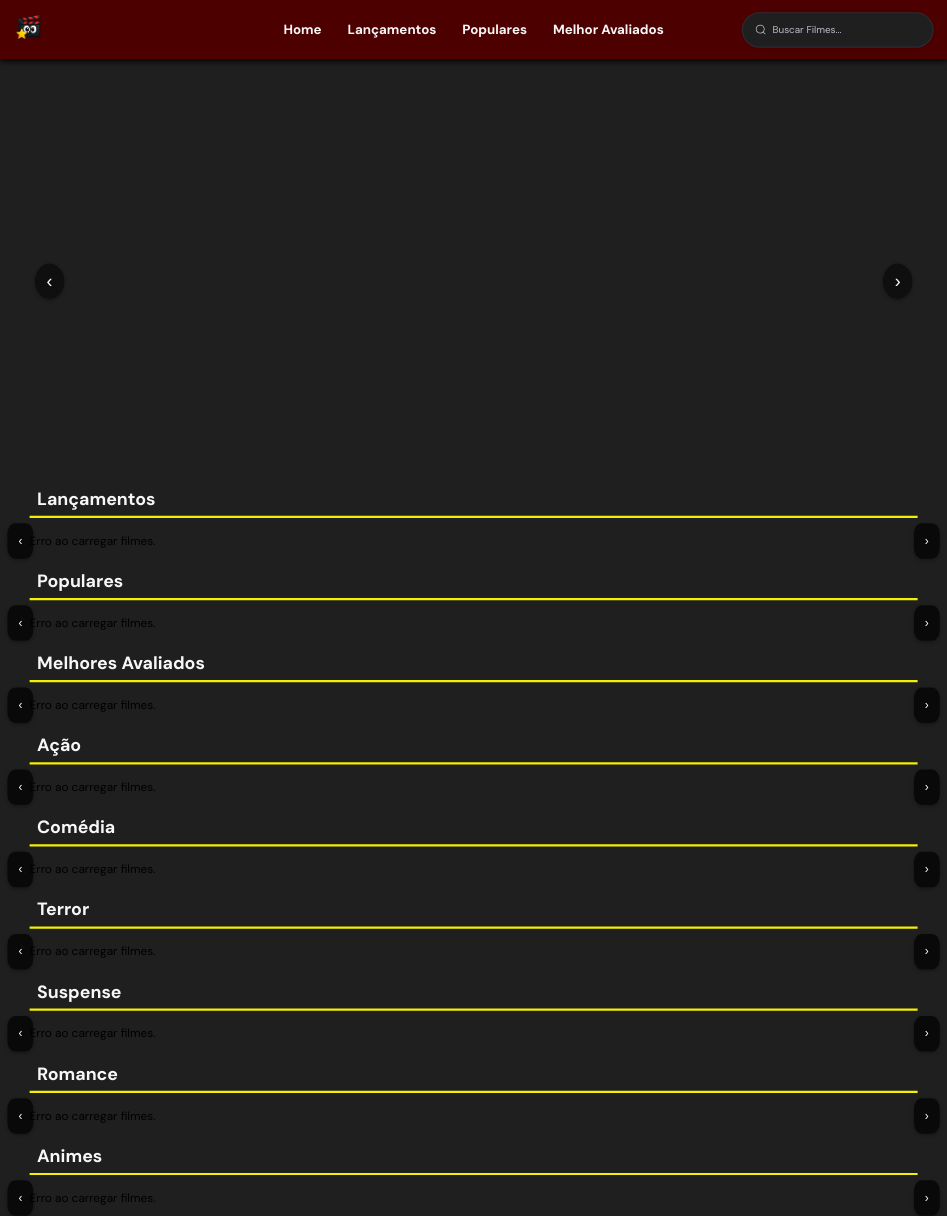
Repository: juanpablitozito/stat-viewer
Page: index.html
An editor plug-in stored every save of this project. The page is shown before and after the next save, followed by the edit.
The browser window is 1280 px wide. The pictures show the whole page, at 74% of full size.
The page's requests for data from a server got no answer.

Above is the page before, as saved 2025-10-01 21:18:16.

After the next save:
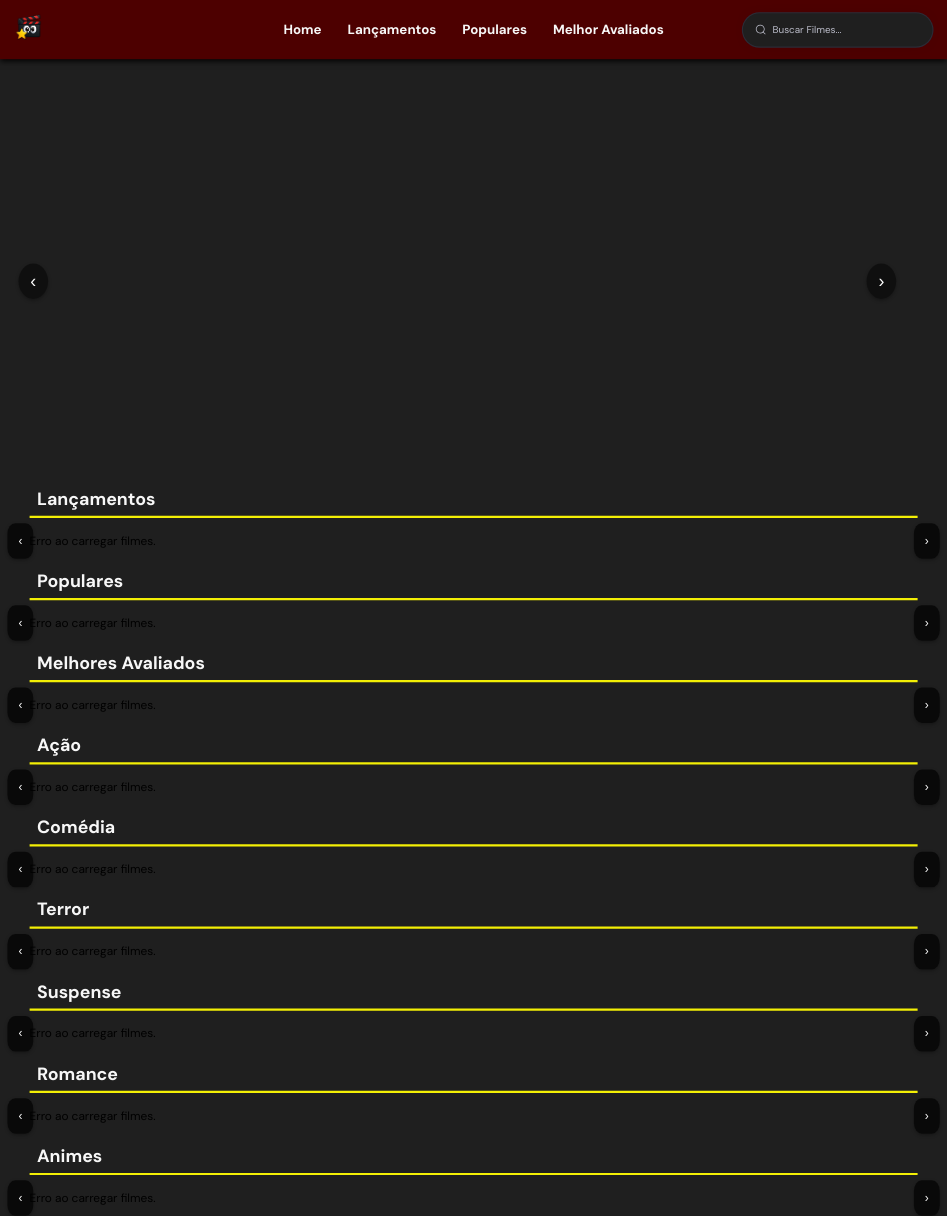
Saved 22 s later.
--- a/src/styles/style.css
+++ b/src/styles/style.css
@@ -132,7 +132,7 @@ nav img {
   position: relative;  /* Posição relativa */
   width: 95vw;  /* Largura do carrossel */
   height: 600px;  /* Altura do carrossel */
-  margin: 130px auto 20px;  /* Margem automática para centralizar */
+  margin: 130px auto 20px 10px;  /* Margem automática para centralizar */
   overflow: hidden;  /* Oculta qualquer conteúdo fora da área visível */
   border-radius: 10px;  /* Bordas arredondadas */
   box-shadow: 0 4px 10px var(--sombra);  /* Sombra para o carrossel */
